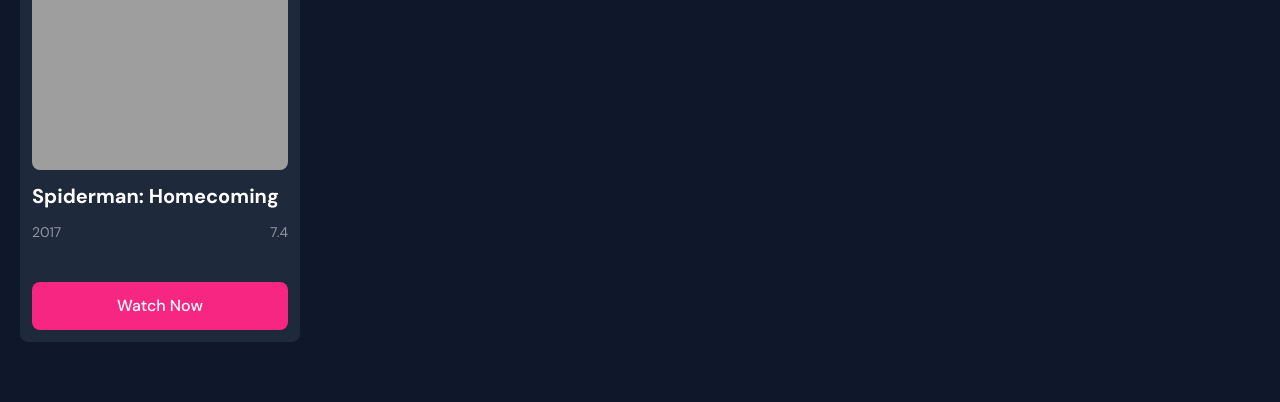
Repository: DVKHOI/react-course-projects
Page: / (app in react-simple-movies/)
The author's editor kept a copy of each file at every save. The page is drawn from the files as they stood at one save, then again after the next save.
The browser window is 1280 px wide. The pictures show the part of the page from y = 792 to 1744 px (the page is 1194 px tall before and 1744 px after).
Pictures or frames that could not be fetched are drawn as grey boxes. The project was rebuilt for these pictures with package versions that can differ from the ones it lists, and the page was loaded fresh each time.

Above is the page before, as saved 2022-11-03 09:56:10.

After the next save:
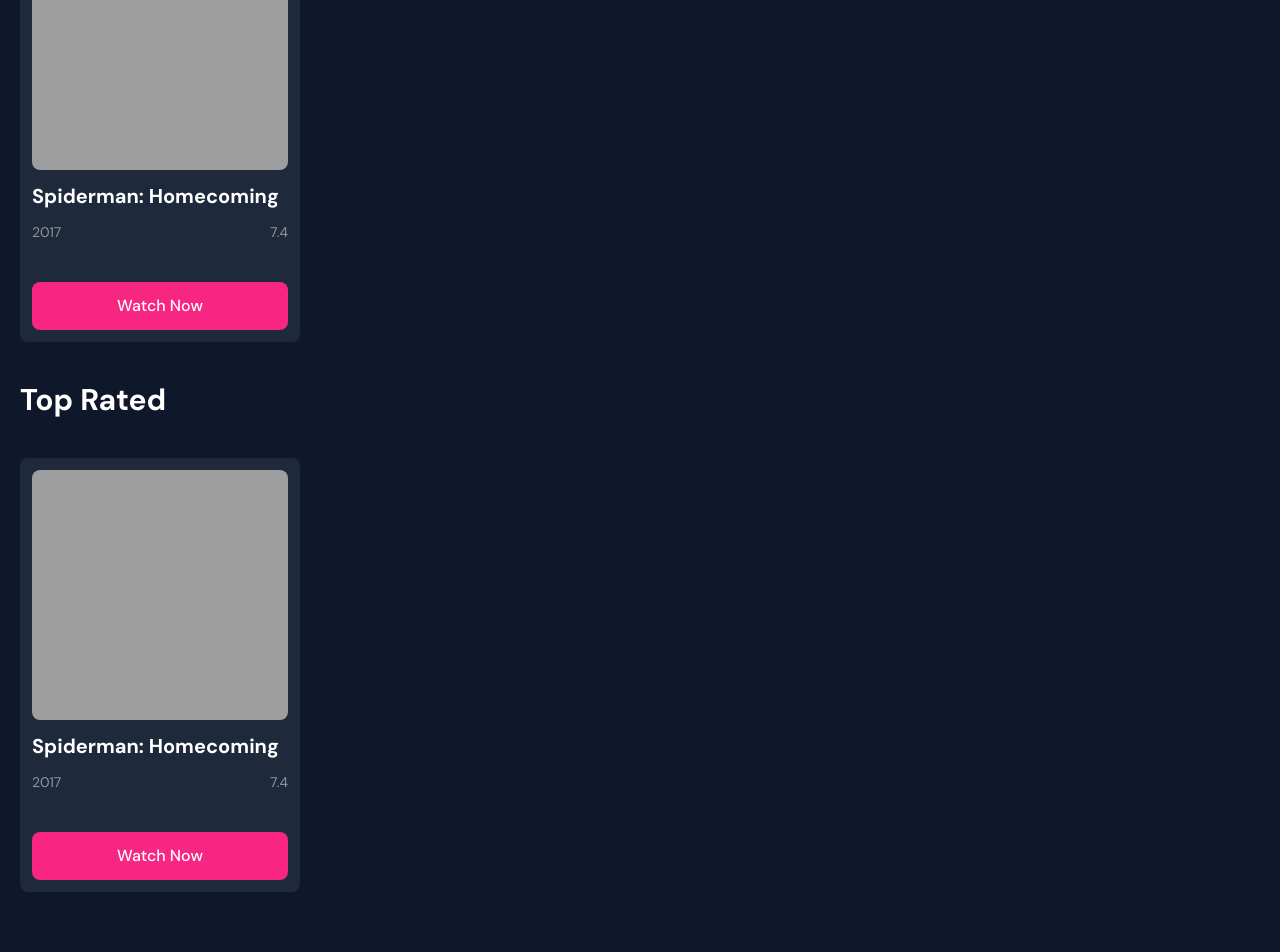
Saved 52 s later.
--- a/react-simple-movies/src/App.js
+++ b/react-simple-movies/src/App.js
@@ -63,6 +63,30 @@
           </div>
         </div>
       </section>
+      <section className="mb-10 movies-layout page-container">
+        <h2 className="mb-10 text-3xl font-bold text-white capitalize">
+          Top rated
+        </h2>
+        <div className="grid grid-cols-4 gap-10 movie-list">
+          <div className="p-3 rounded-lg movie-card bg-slate-800">
+            <img
+              className="w-full h-[250px] rounded-lg object-cover mb-3"
+              src="https://image-cdn.hypb.st/https%3A%2F%2Fhypebeast.com%2Fimage%2F2022%2F05%2Fsony-ceo-tom-rothman-fourth-spider-man-film-updates-tom-holland-zendaya-marvel-mcu-000.jpg?w=960&cbr=1&q=90&fit=max"
+              alt=""
+            />
+            <h3 className="mb-3 text-xl font-bold text-white ">
+              Spiderman: Homecoming
+            </h3>
+            <div className="flex items-center justify-between mb-10 text-sm text-white opacity-50">
+              <span>2017</span>
+              <span>7.4</span>
+            </div>
+            <button className="w-full px-6 py-3 font-medium text-white capitalize rounded-lg bg-primary">
+              Watch Now
+            </button>
+          </div>
+        </div>
+      </section>
     </Fragment>
   );
 }
